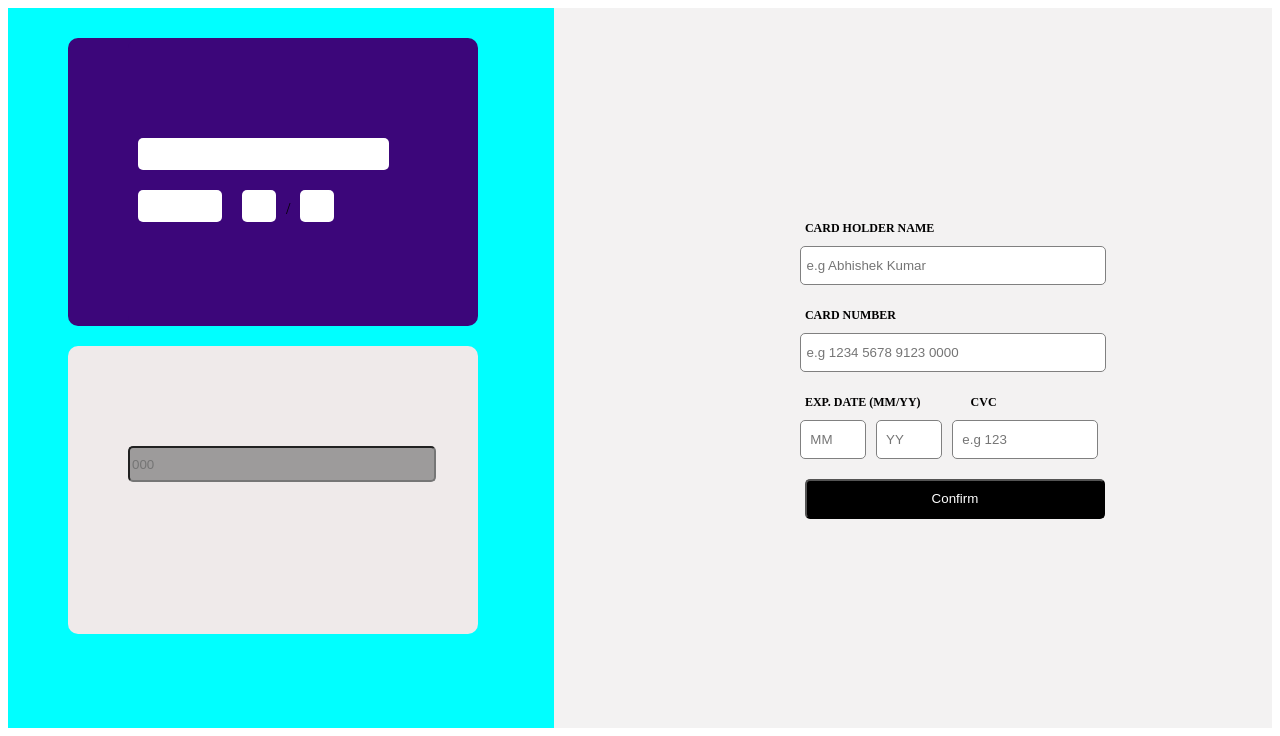
Repository: Abhi2359/frontendchallenge-1
Page: /
These files come from the project's save history. The page is drawn as it stood at one moment and after the next save; the edit follows.
The browser window is 1280 px wide. The pictures show the whole page.
The project was rebuilt for these pictures with package versions that can differ from the ones it lists, and the page was loaded fresh each time.

Above is the page before, as saved 2023-02-15 20:16:34.

After the next save:
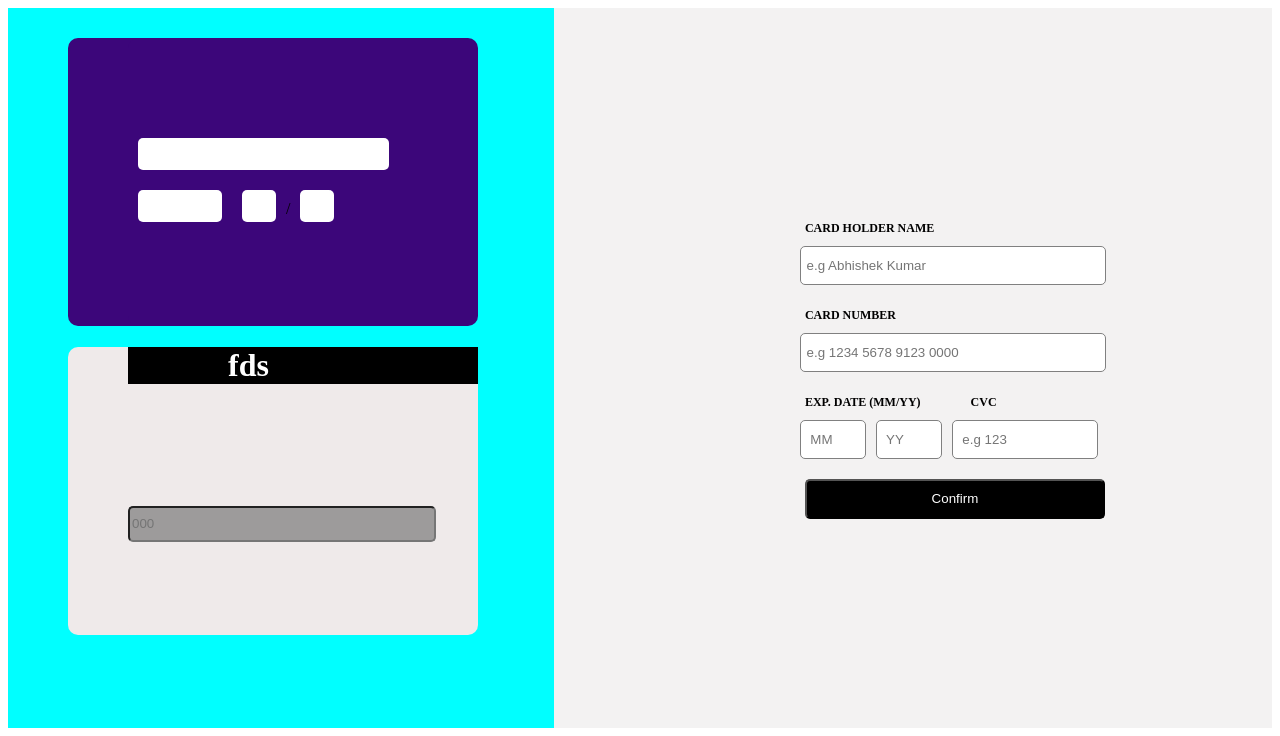
Saved 14 s later.
--- a/src/components/Cards/Card2.js
+++ b/src/components/Cards/Card2.js
@@ -6,7 +6,7 @@
     <>
       <div className="card2">
         <div class="strip">
-
+          <h1>fds</h1>
         </div>
         <div class="_card__number2">
 
